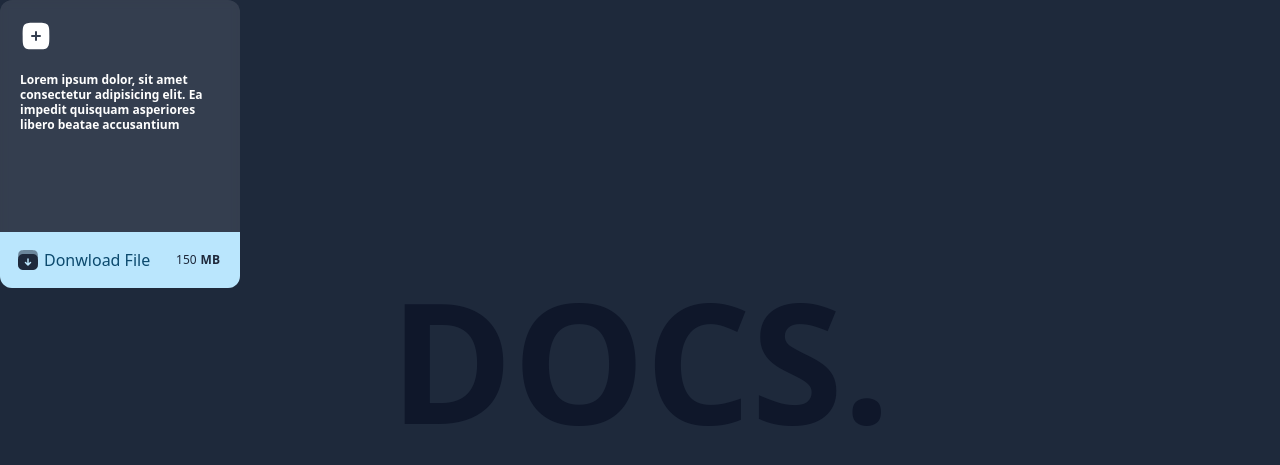
Repository: aliakbarmotallebi/framer-react
Page: /
These files come from the project's save history. The page is drawn as it stood at one moment and after the next save; the edit follows.
The browser window is 1280 px wide. The pictures show the whole page.
The project was rebuilt for these pictures with package versions that can differ from the ones it lists, and the page was loaded fresh each time.

Above is the page before, as saved 2024-08-14 22:39:56.

After the next save:
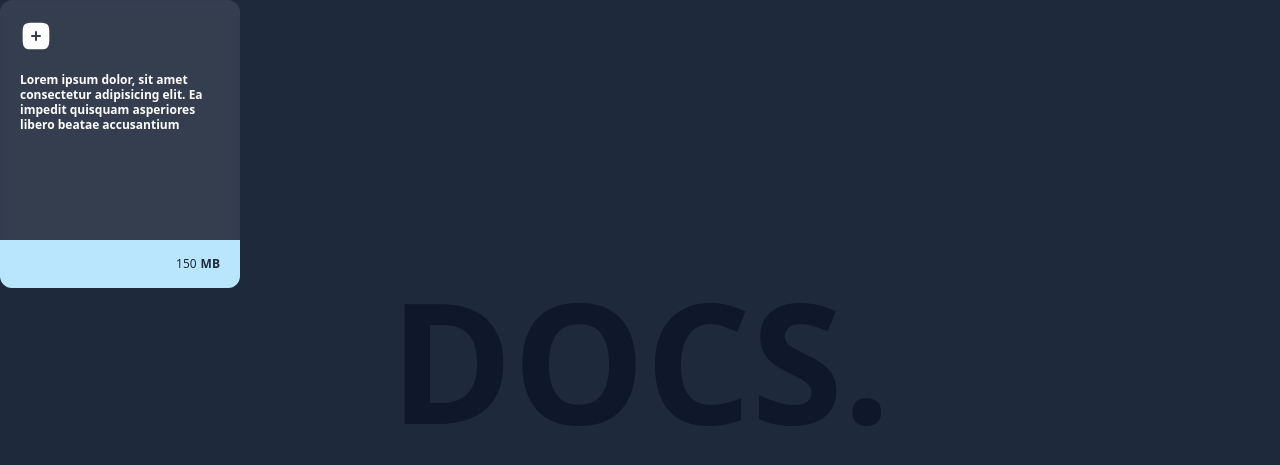
Saved 87 s later.
--- a/src/components/Card.jsx
+++ b/src/components/Card.jsx
@@ -13,10 +13,7 @@ class Card extends Component {
                 <div className="footer absolute bottom-0 bg-sky-200 w-full py-2 left-0">
                     <button className="text-sky-900 p-2 font-medium w-full">
                         <div className="flex justify-between items-center w-full px-2">
-                           <div className="flex items-center gap-1">
-                            <svg xmlns="http://www.w3.org/2000/svg" className="w-6 h-6 text-slate-800 inline" viewBox="0 0 24 24"><path fill="currentColor" d="M12 2c4.713 0 7.07 0 8.535 1.464c.757.758 1.123 1.754 1.3 3.192V10H2.164V6.656c.176-1.438.541-2.434 1.299-3.192C4.928 2 7.285 2 11.999 2" opacity="0.5"/><path fill="currentColor" fill-rule="evenodd" d="M2 14c0-2.8 0-4.2.545-5.27A5 5 0 0 1 4.73 6.545C5.8 6 7.2 6 10 6h4c2.8 0 4.2 0 5.27.545a5 5 0 0 1 2.185 2.185C22 9.8 22 11.2 22 14s0 4.2-.545 5.27a5 5 0 0 1-2.185 2.185C18.2 22 16.8 22 14 22h-4c-2.8 0-4.2 0-5.27-.545a5 5 0 0 1-2.185-2.185C2 18.2 2 16.8 2 14m10.75-3a.75.75 0 0 0-1.5 0v4.19l-1.22-1.22a.75.75 0 1 0-1.06 1.06l2.5 2.5a.75.75 0 0 0 1.06 0l2.5-2.5a.75.75 0 1 0-1.06-1.06l-1.22 1.22z" clip-rule="evenodd"/></svg>
-                            Donwload File
-                           </div>
+
                             <h5 className="text-slate-800 text-xs ml-auto">
                                 150
                                 <span className="font-bold px-1">
